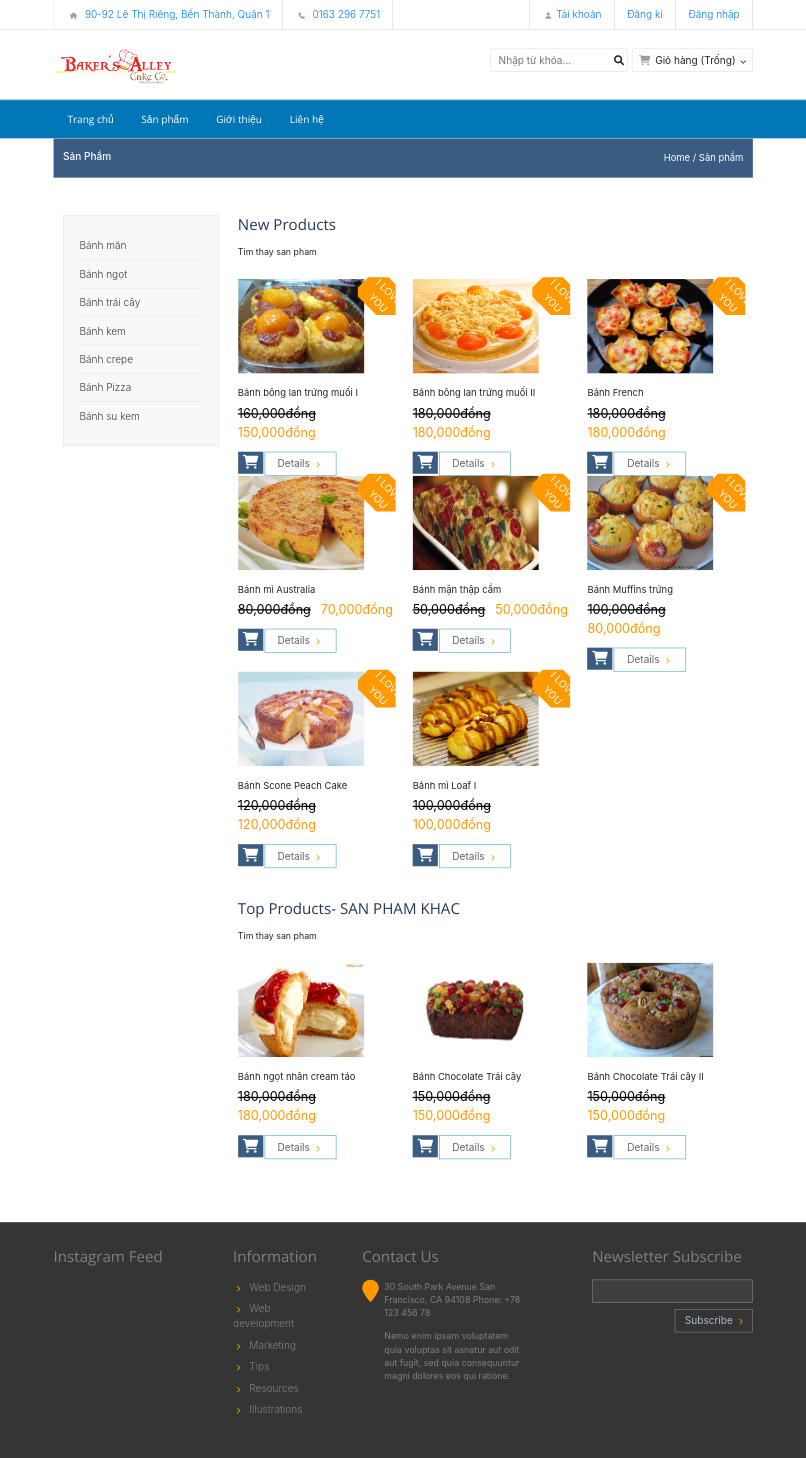
Repository: thidieu2005/Cake-Shop
Page: http://localhost/type-product/1
These files come from the project's save history. The page is drawn as it stood at one moment and after the next save; the edit follows.
The browser window is 1280 px wide. The pictures show the whole page, at 63% of full size.
Some web fonts or font styles are not loaded; a fallback is used. Some web libraries are served in a nearby version. The page is served by the project's Laravel application, run on PHP 8.4 with Laravel 10. The database holds what the project's SQL file puts in it.

Above is the page before, as saved 2025-03-18 08:38:05.

After the next save:
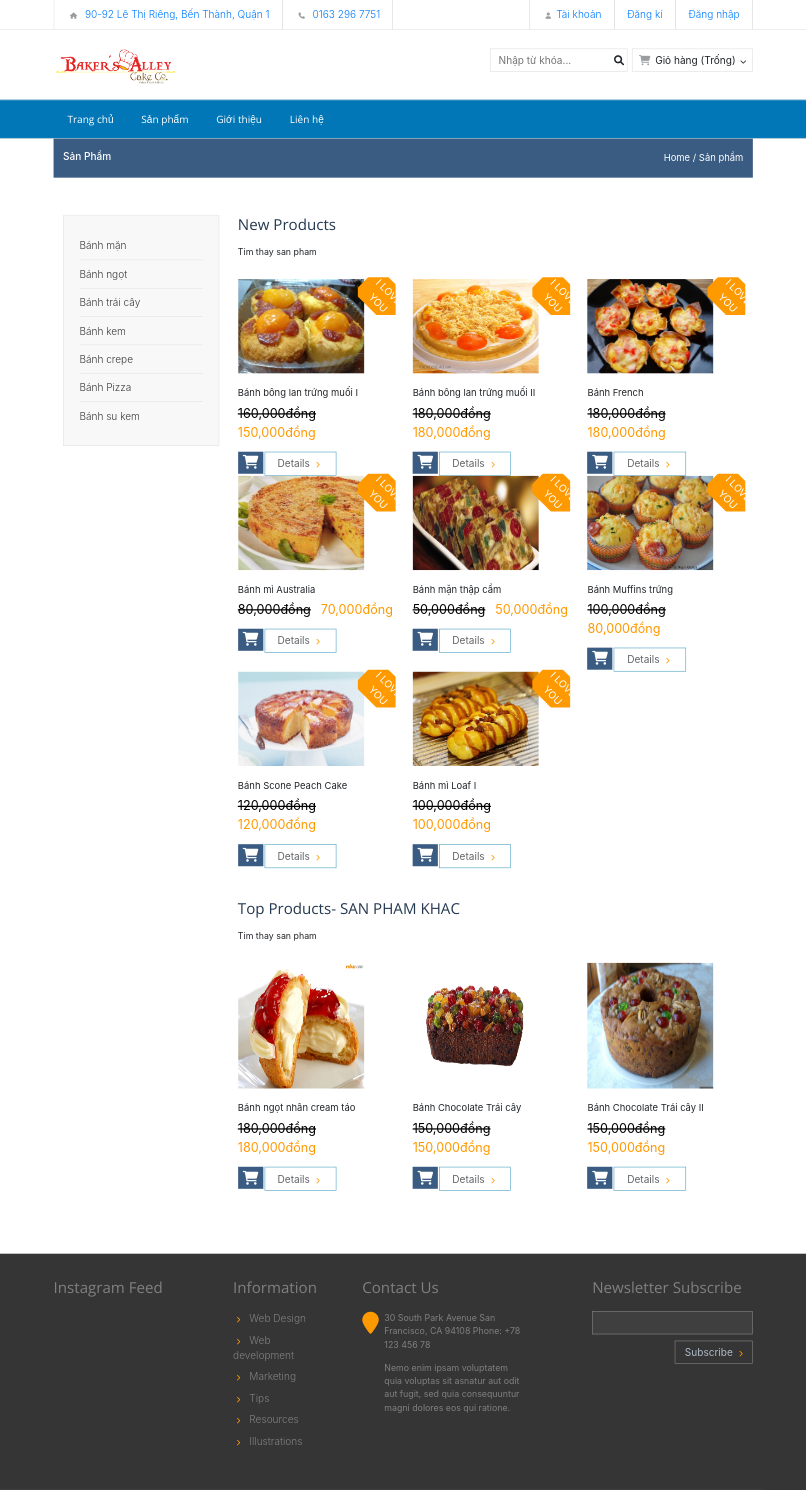
Saved 62 s later.
--- a/resources/views/page/loai_sanpham.blade.php
+++ b/resources/views/page/loai_sanpham.blade.php
@@ -106,7 +106,7 @@
                             <div class="col-sm-4">
                                 <div class="single-item">
                                     <div class="single-item-header">
-                                        <a href="product.html"><img width="200" height="150" src="/source/image/product/{{$sp_khac->image}}" alt=""></a>
+                                        <a href="product.html"><img width="200" height="200" src="/source/image/product/{{$sp_khac->image}}" alt=""></a>
                                     </div>
                                     <div class="single-item-body" style="font-size: 18px">
                                         <p class="single-item-title">{{$sp_khac->name}}</p>
